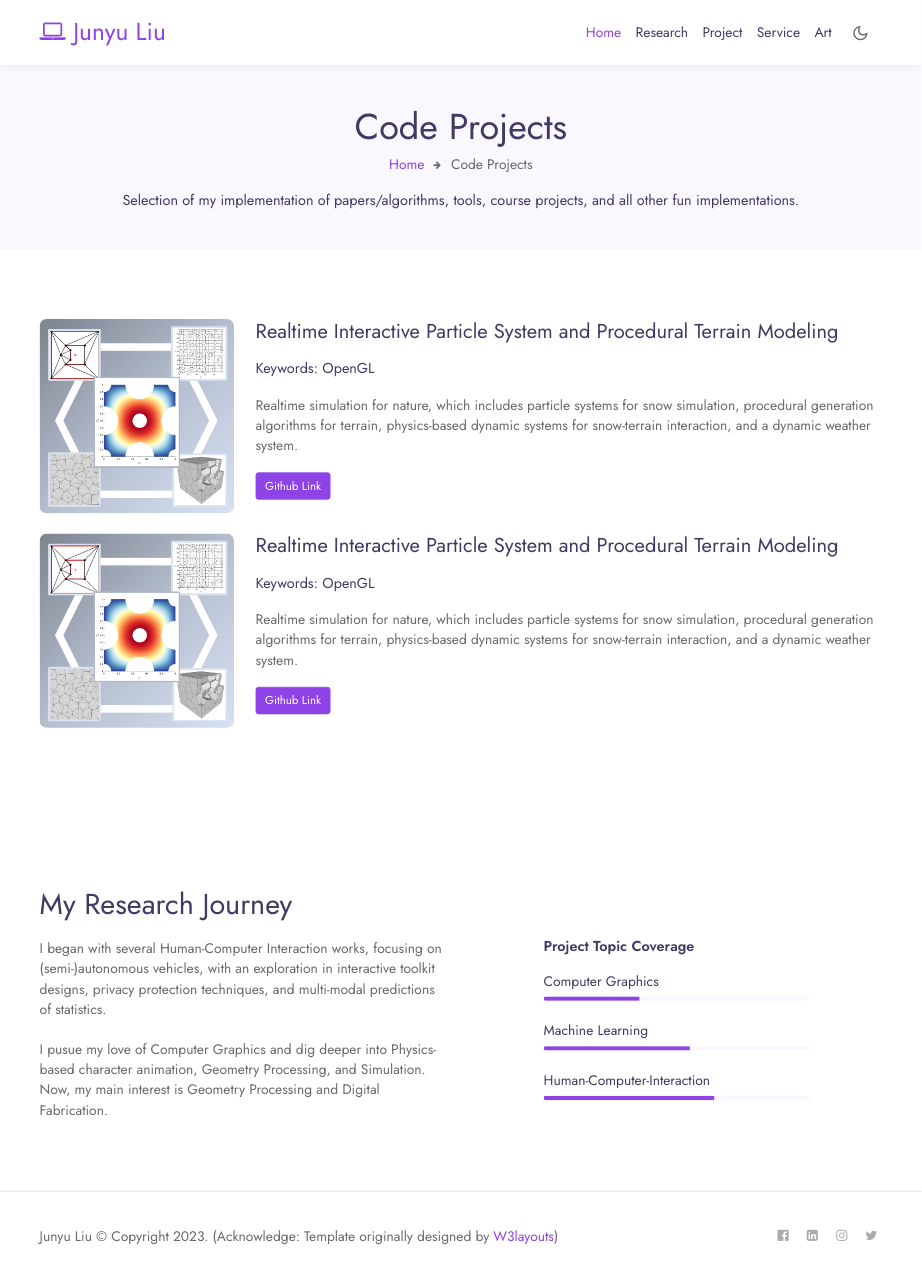
Repository: Junyu-Liu-Nate/junyu-liu-nate.github.io
Page: project.html
The author's editor kept a copy of each file at every save. The page is drawn from the files as they stood at one save, then again after a run of saves.
The browser window is 1280 px wide. The pictures show the whole page, at 72% of full size.

Above is the page before, as saved 2024-04-10 18:14:33.
Console error: TypeError: Cannot read properties of null (reading 'classList')

### project.html
<!--
Author: Junyu Liu
Author: W3layouts
Author URL: http://w3layouts.com
-->
<!doctype html>
<html lang="en">

<head>
  <!-- Required meta tags -->
  <meta charset="utf-8">
  <meta name="viewport" content="width=device-width, initial-scale=1, shrink-to-fit=no">

  <title>Junyu Liu - Projects</title>

  <!-- google fonts -->
  <link href="//fonts.googleapis.com/css2?family=Jost:wght@300;400;600&display=swap" rel="stylesheet">

  <!-- Template CSS -->
  <link rel="stylesheet" href="assets/css/style-starter.css">
</head>

<body>
<!-- header -->
<header id="site-header" class="fixed-top">
  <div class="container">
      <nav class="navbar navbar-expand-lg stroke">
          <a class="navbar-brand" href="index.html">
              <span class="fa fa-laptop"></span> Junyu Liu
          </a>
          <!-- if logo is image enable this
      <a class="navbar-brand" href="#index.html">
          <img src="image-path" alt="Your logo" title="Your logo" style="height:35px;" />
      </a> -->
          <button class="navbar-toggler  collapsed bg-gradient" type="button" data-toggle="collapse"
              data-target="#navbarTogglerDemo02" aria-controls="navbarTogglerDemo02" aria-expanded="false"
              aria-label="Toggle navigation">
              <span class="navbar-toggler-icon fa icon-expand fa-bars"></span>
              <span class="navbar-toggler-icon fa icon-close fa-times"></span>
              </span>
          </button>

          <div class="collapse navbar-collapse" id="navbarTogglerDemo02">
            <ul class="navbar-nav ml-auto">
                <li class="nav-item active">
                    <a class="nav-link" href="index.html">Home <span class="sr-only">(current)</span></a>
                </li>
                <li class="nav-item @@research_active">
                    <a class="nav-link" href="research.html">Research</a>
                </li>
                <li class="nav-item @@project_active">
                  <a class="nav-link" href="project.html">Project</a>
                </li>
                <li class="nav-item @@service_active">
                  <a class="nav-link" href="service.html">Service</a>
                </li>
                <li class="nav-item @@art_active">
                    <a class="nav-link" href="art.html">Art</a>
                </li>
            </ul>
        </div>
          <!-- toggle switch for light and dark theme -->
          <div class="mobile-position">
              <nav class="navigation">
                  <div class="theme-switch-wrapper">
                      <label class="theme-switch" for="checkbox">
                          <input type="checkbox" id="checkbox">
                          <div class="mode-container">
                              <i class="gg-sun"></i>
                              <i class="gg-moon"></i>
                          </div>
                      </label>
                  </div>
              </nav>
          </div>
          <!-- //toggle switch for light and dark theme -->
      </nav>
  </div>
</header>
<!-- //header -->

<!-- about breadcrumb -->
<section class="w3l-about-breadcrumb text-center">
    <div class="breadcrumb-bg breadcrumb-bg-about py-sm-5 py-4">
        <div class="container py-2">
            <h2 class="title">Code Projects</h2>
            <ul class="breadcrumbs-custom-path mt-2">
                <li><a href="index.html">Home</a></li>
                <li class="active"><span class="fa fa-arrow-right mx-2" aria-hidden="true"></span> Code Projects </li>
            </ul>
            <br>
            <h5>Selection of my implementation of papers/algorithms, tools, course projects, and all other fun implementations.</h5>
        </div>
    </div>
</section>
<!-- //about breadcrumb -->

<!-- about page about section -->
<section class="w3l-aboutblock1" id="about">
    <div class="midd-w3 py-5">
        <div class="container py-lg-5 py-md-3">
              <div class="row">
                <div class="col-lg-3">
                  <div class="position-relative">
                      <img src="assets/images/project/thumnail/port-FEM-vs-VEM.png" alt="" class="radius-image img-fluid">
                  </div>
                </div>
                <div class="col-lg-9 mt-lg-0 mt-5">
                    <!-- <h5 class="title-small mb-2">Hello, I am UI/UX Designer</h5> -->
                    <h3 class="title">Realtime Interactive Particle System and Procedural Terrain Modeling</h3>
                    <br>
                    <h5>Keywords: OpenGL</h5>
                    <br>
                    <p>
                      Realtime simulation for nature, which includes particle systems for snow simulation, procedural generation algorithms for terrain, physics-based dynamic systems for snow-terrain interaction, and a dynamic weather system.
                    </p>
                    <br>
                    <div>
                      <a href="https://github.com/Junyu-Liu-Nate/Realtime-Interactive-Particle-System-Procedural-Modeling-OpenGL" class="btn btn-primary">Github Link</a>
                    </div>
                </div>
            </div>

            <p><br></p>

            <div class="row">
              <div class="col-lg-3">
                <div class="position-relative">
                    <img src="assets/images/project/thumnail/port-FEM-vs-VEM.png" alt="" class="radius-image img-fluid">
                </div>
              </div>
              <div class="col-lg-9 mt-lg-0 mt-5">
                  <!-- <h5 class="title-small mb-2">Hello, I am UI/UX Designer</h5> -->
                  <h3 class="title">Realtime Interactive Particle System and Procedural Terrain Modeling</h3>
                  <br>
                  <h5>Keywords: OpenGL</h5>
                  <br>
                  <p>
                    Realtime simulation for nature, which includes particle systems for snow simulation, procedural generation algorithms for terrain, physics-based dynamic systems for snow-terrain interaction, and a dynamic weather system.
                  </p>
                  <br>
                  <div>
                    <a href="https://github.com/Junyu-Liu-Nate/Realtime-Interactive-Particle-System-Procedural-Modeling-OpenGL" class="btn btn-primary">Github Link</a>
                  </div>
              </div>
            </div>

            <p><br></p>
        </div>

    </div>
    </div>
    </div>
</section>
<!-- //about page about section -->

<!-- about page third section -->
<section class="w3l-content-6 py-5">
    <div class="content-6-mian py-lg-5 py-md-4">
        <div class="container">
            <div class="content-info-in row">
                <div class="content-gd col-lg-6">
                    <h3 class="title-big mb-4">My Research Journey</h3>
                    <p>
                      I began with several Human-Computer Interaction works, focusing on (semi-)autonomous vehicles, with an exploration in interactive toolkit designs, privacy protection techniques, and multi-modal predictions of statistics.
                      <br><br>

                      I pusue my love of Computer Graphics and dig deeper into Physics-based character animation, Geometry Processing, and Simulation. Now, my main interest is Geometry Processing and Digital Fabrication.
                    </p>
                </div>
                <div class="content-gd col-lg-4 offset-lg-1">
                    <br><br><br>
                    <h5><b>Project Topic Coverage</b></h5><br>
                    <div class="progress-info">
                        <h6 class="progress-tittle">Computer Graphics</h6>
                        <div class="progress">
                            <div class="progress-bar progress-bar-striped" role="progressbar" style="width: 36%"
                                aria-valuenow="36" aria-valuemin="0" aria-valuemax="100">
                            </div>
                        </div>
                    </div>
                    <div class="progress-info">
                        <h6 class="progress-tittle">Machine Learning
                        </h6>
                        <div class="progress">
                            <div class="progress-bar progress-bar-striped" role="progressbar" style="width: 55%"
                                aria-valuenow="55" aria-valuemin="0" aria-valuemax="100">
                            </div>
                        </div>
                    </div>
                    <div class="progress-info">
                        <h6 class="progress-tittle">Human-Computer-Interaction</h6>
                        <div class="progress">
                            <div class="progress-bar progress-bar-striped" role="progressbar" style="width: 64%"
                                aria-valuenow="64" aria-valuemin="0" aria-valuemax="100">
                            </div>
                        </div>
                    </div>
                </div>
            </div>
        </div>
    </div>
</section>
<!-- about page third section -->

<!-- Footer -->
<section class="w3l-footer py-sm-5 py-4">
  <div class="container">
    <div class="footer-content">
      <div class="row">
        <div class="col-lg-8 footer-left">
          <p class="m-0">Junyu Liu © Copyright 2023. (Acknowledge: Template originally designed by <a href="https://w3layouts.com">W3layouts</a>)</p>
        </div>
        <div class="col-lg-4 footer-right text-lg-right text-center mt-lg-0 mt-3">
          <ul class="social m-0 p-0">
            <li><a href="#facebook"><span class="fa fa-facebook-official"></span></a></li>
            <li><a href="#linkedin"><span class="fa fa-linkedin-square"></span></a></li>
            <li><a href="#instagram"><span class="fa fa-instagram"></span></a></li>
            <li><a href="#twitter"><span class="fa fa-twitter"></span></a></li>
          </ul>
        </div>
      </div>
    </div>
  </div>

  <!-- move top -->
  <button onclick="topFunction()" id="movetop" title="Go to top">
    <span class="fa fa-angle-up"></span>
  </button>
  <script>
    // When the user scrolls down 20px from the top of the document, show the button
    window.onscroll = function () {
      scrollFunction()
    };

    function scrollFunction() {
      if (document.body.scrollTop > 20 || document.documentElement.scrollTop > 20) {
        document.getElementById("movetop").style.display = "block";
      } else {
        document.getElementById("movetop").style.display = "none";
      }
    }

    // When the user clicks on the button, scroll to the top of the document
    function topFunction() {
      document.body.scrollTop = 0;
      document.documentElement.scrollTop = 0;
    }
  </script>
  <!-- /move top -->
</section>
<!-- //Footer -->

<!-- all js scripts and files here -->

<script src="assets/js/theme-change.js"></script><!-- theme switch js (light and dark)-->

<script src="assets/js/jquery-3.3.1.min.js"></script><!-- default jQuery -->

<!-- /typig-text-->
<script>
  const typedTextSpan = document.querySelector(".typed-text");
  const cursorSpan = document.querySelector(".cursor");

  const textArray = ["UI/UX Designer", "Freelancer", "Web developer"];
  const typingDelay = 200;
  const erasingDelay = 10;
  const newTextDelay = 100; // Delay between current and next text
  let textArrayIndex = 0;
  let charIndex = 0;

  function type() {
    if (charIndex < textArray[textArrayIndex].length) {
      if (!cursorSpan.classList.contains("typing")) cursorSpan.classList.add("typing");
      typedTextSpan.textContent += textArray[textArrayIndex].charAt(charIndex);
      charIndex++;
      setTimeout(type, typingDelay);
    } else {
      cursorSpan.classList.remove("typing");
      setTimeout(erase, newTextDelay);
    }
  }

  function erase() {
    if (charIndex > 0) {
      // add class 'typing' if there's none
      if (!cursorSpan.classList.contains("typing")) {
        cursorSpan.classList.add("typing");
      }
      typedTextSpan.textContent = textArray[textArrayIndex].substring(0, 0);
      charIndex--;
      setTimeout(erase, erasingDelay);
    } else {
      cursorSpan.classList.remove("typing");
      textArrayIndex++;
      if (textArrayIndex >= textArray.length) textArrayIndex = 0;
      setTimeout(type, typingDelay);
    }
  }

  document.addEventListener("DOMContentLoaded", function () { // On DOM Load initiate the effect
    if (textArray.length) setTimeout(type, newTextDelay + 250);
  });
</script>
<!-- //typig-text-->

<!-- services owlcarousel -->
<script src="assets/js/owl.carousel.js"></script>

<!-- script for services -->
<script>
  $(document).ready(function () {
    $('.owl-two').owlCarousel({
      loop: true,
      margin: 30,
      nav: false,
      responsiveClass: true,
      autoplay: false,
      autoplayTimeout: 5000,
      autoplaySpeed: 1000,
      autoplayHoverPause: false,
      responsive: {
        0: {
          items: 1,
          nav: false
        },
        480: {
          items: 1,
          nav: false
        },
        700: {
          items: 1,
          nav: false
        },
        1090: {
          items: 3,
          nav: false
        }
      }
    })
  })
</script>
<!-- //script for services -->

<!-- script for tesimonials carousel slider -->
<script>
  $(document).ready(function () {
    $("#owl-demo1").owlCarousel({
      loop: true,
      margin: 20,
      nav: false,
      responsiveClass: true,
      responsive: {
        0: {
          items: 1,
          nav: false
        },
        736: {
          items: 1,
          nav: false
        },
        1000: {
          items: 2,
          nav: false,
          loop: false
        }
      }
    })
  })
</script>
<!-- //script for tesimonials carousel slider -->

<!-- video popup -->
<script src="assets/js/jquery.magnific-popup.min.js"></script>
<script>
  $(document).ready(function () {
    $('.popup-with-zoom-anim').magnificPopup({
      type: 'inline',

      fixedContentPos: false,
      fixedBgPos: true,

      overflowY: 'auto',

      closeBtnInside: true,
      preloader: false,

      midClick: true,
      removalDelay: 300,
      mainClass: 'my-mfp-zoom-in'
    });

    $('.popup-with-move-anim').magnificPopup({
      type: 'inline',

      fixedContentPos: false,
      fixedBgPos: true,

      overflowY: 'auto',

      closeBtnInside: true,
      preloader: false,

      midClick: true,
      removalDelay: 300,
      mainClass: 'my-mfp-slide-bottom'
    });
  });
</script>
<!-- //video popup -->

<!-- stats number counter-->
<script src="assets/js/jquery.waypoints.min.js"></script>
<script src="assets/js/jquery.countup.js"></script>
<script>
  $('.counter').countUp();
</script>
<!-- //stats number counter -->

<!-- disable body scroll which navbar is in active -->
<script>
  $(function () {
    $('.navbar-toggler').click(function () {
      $('body').toggleClass('noscroll');
    })
  });
</script>
<!-- disable body scroll which navbar is in active -->

<!--/MENU-JS-->
<script>
  $(window).on("scroll", function () {
    var scroll = $(window).scrollTop();

    if (scroll >= 80) {
      $("#site-header").addClass("nav-fixed");
    } else {
      $("#site-header").removeClass("nav-fixed");
    }
  });

  //Main navigation Active Class Add Remove
  $(".navbar-toggler").on("click", function () {
    $("header").toggleClass("active");
  });
  $(document).on("ready", function () {
    if ($(window).width() > 991) {
      $("header").removeClass("active");
    }
    $(window).on("resize", function () {
      if ($(window).width() > 991) {
        $("header").removeClass("active");
      }
    });
  });
</script>
<!--//MENU-JS-->

<!-- bootstrap js -->
<script src="assets/js/bootstrap.min.js"></script>

</body>

</html>

Loaded but not shown: assets/css/style-starter.css (library); assets/js/theme-change.js (common file); assets/js/jquery-3.3.1.min.js (library); assets/js/owl.carousel.js (library); assets/js/jquery.magnific-popup.min.js (library); assets/js/jquery.waypoints.min.js (library); assets/js/jquery.countup.js (common file); assets/js/bootstrap.min.js (library)

After the next 4 saves:
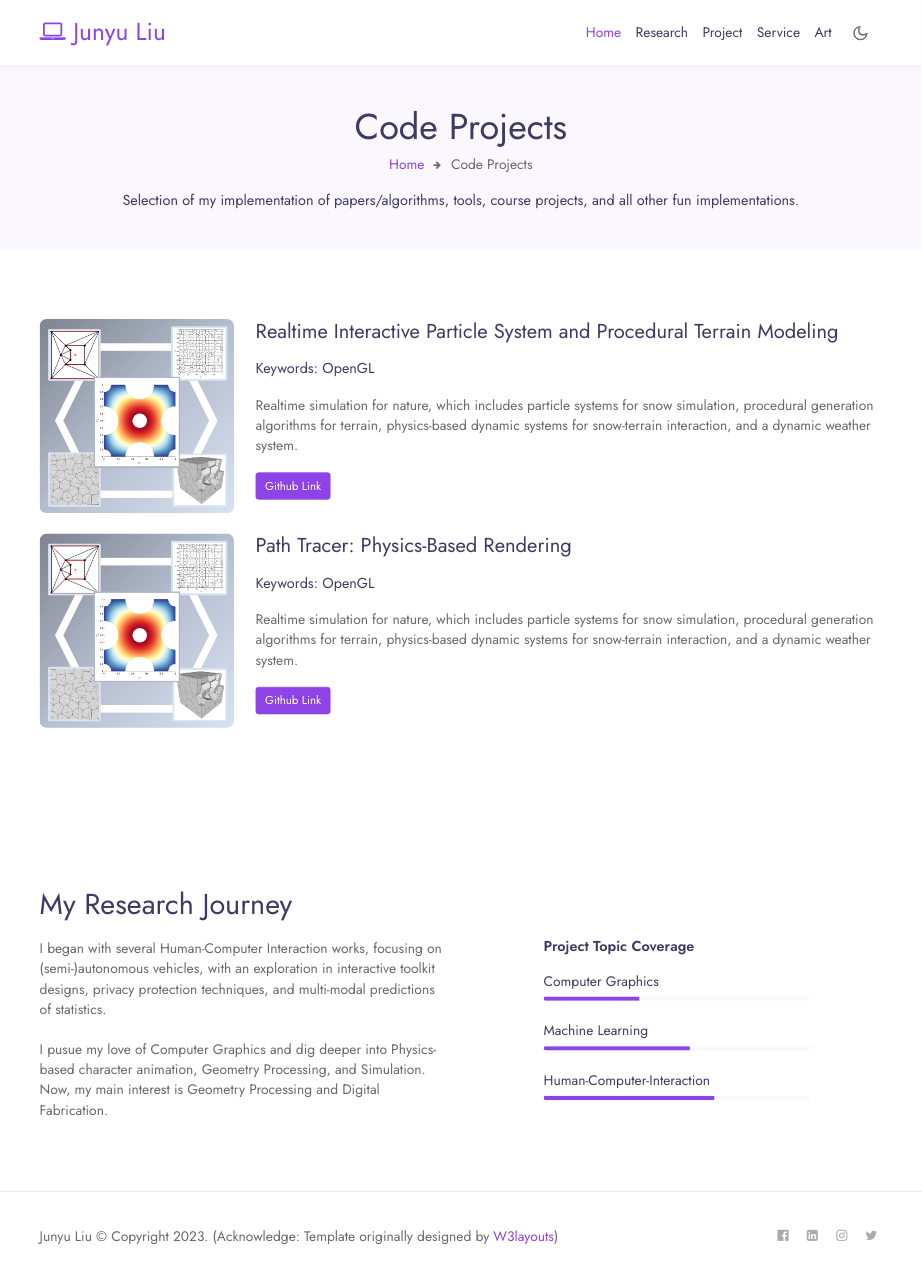
The 4 saves are shown as one change because they came seconds apart.
The last was saved 29 s later.
--- a/project.html
+++ b/project.html
@@ -131,7 +131,7 @@
               </div>
               <div class="col-lg-9 mt-lg-0 mt-5">
                   <!-- <h5 class="title-small mb-2">Hello, I am UI/UX Designer</h5> -->
-                  <h3 class="title">Realtime Interactive Particle System and Procedural Terrain Modeling</h3>
+                  <h3 class="title">Path Tracer: Physics-Based Rendering</h3>
                   <br>
                   <h5>Keywords: OpenGL</h5>
                   <br>
